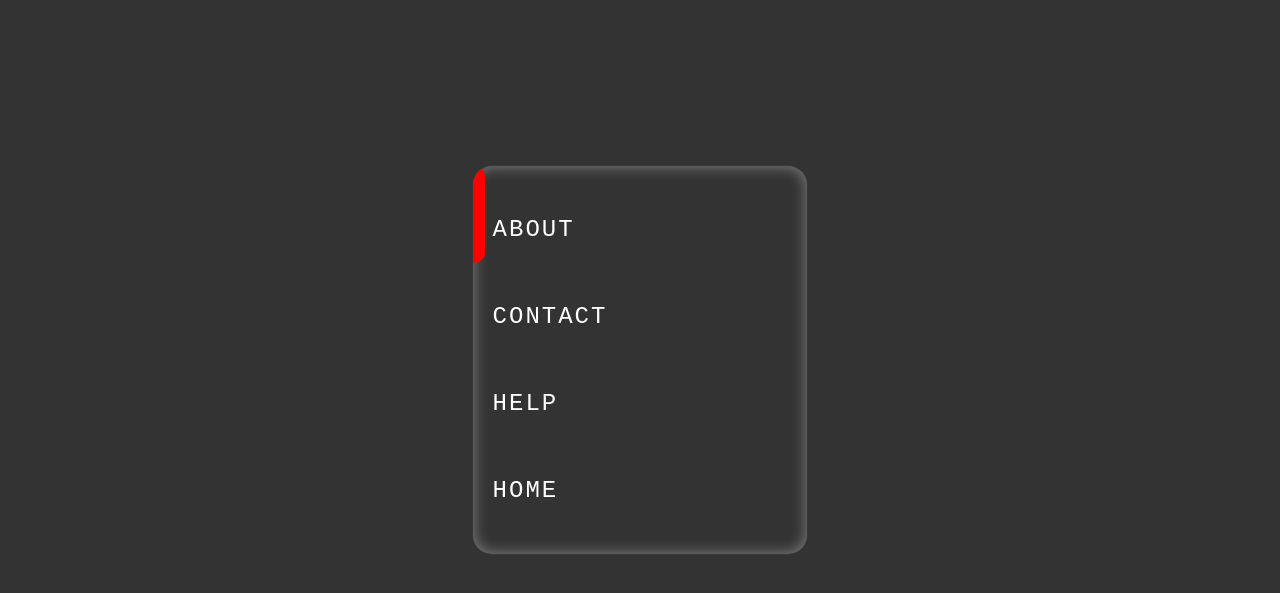
Repository: Rostyk-qq/Projects_Web
Page: menuRanLine/new.html
An editor plug-in stored every save of this project. The page is shown before and after the next save, followed by the edit.
The browser window is 1280 px wide. The pictures show the whole page.

Above is the page before, as saved 2023-09-30 14:31:47.

### menuRanLine/new.html
<!DOCTYPE html>
<html lang="en">
<head>
    <meta charset="UTF-8">
    <meta name="viewport" content="width=device-width, initial-scale=1.0">
    <link rel="stylesheet" href="./new.css">
    <title>Document</title>
</head>
<body>
    <div class="wrapper">
        <ul class="menu">
            <li data-color-effect="red" class="menu__item">
                <a href="#" class="menu__link">About</a>
            </li>
            <li data-color-effect="blue" class="menu__item">
                <a href="#" class="menu__link">Contact</a>
            </li>
            <li data-color-effect="purple" class="menu__item">
                <a href="#" class="menu__link">Help</a>
            </li>
            <li data-color-effect="pink" class="menu__item">
                <a href="#" class="menu__link">Home</a>
            </li>

            <div class="menu__line-container">
                <span></span>
            </div>
        </ul>
    </div>

    <script src="./new.js"></script>
</body>
</html>

### menuRanLine/new.css
*{
    margin: 0;
    padding: 0;
    box-sizing: border-box;
}
body{
    width: 100vw;
    height: 100vh;
    overflow: hidden;
    user-select: none;
    font-family: 'Courier New', Courier, monospace;
}
.wrapper{
    width: 100%;
    height: 100%;
    display: grid;
    place-items: center;
    background-color: #333;
}
.menu{
    position: relative;
    padding: 20px 0;
    border-radius: 20px;
    display: flex;
    flex-direction: column;
    overflow: hidden;
    flex-wrap: wrap;
    box-shadow: 0px 0px 10px #1115;
}
.menu__item{
    list-style: none;
    display: block;
    padding: 30px 200px 30px 20px;
}
.menu__link{
    display: block;
    text-decoration: none;
    text-transform: uppercase;
    letter-spacing: 2px;
    font-size: 24px;
    color: #fff;
}

.menu__line-container{
    position: absolute;
    width: 12px;
    height: 100%;
    top: 0;
    left: 0;
}
.menu__line-container span{
    position: absolute;
    width: 100%;
    height: 25%;
    top: 0;
    left: 0;
    border-radius: 0px 10px 10px 0px;
    background-color: red;
    transform: translateX(-100%);
}




.menu{
   box-shadow: inset 0px 0px 15px 0px transparent;
   border: 1px solid transparent;
}
.loaded .menu{
    box-shadow: inset 0px 0px 15px 0px #fff6;
    border: 1px solid rgba(255, 255, 255, 0.025);
    transition: all 1s ease;
}
.menu__link{
    transform: translateX(-120%);
}
.loaded .menu__link{
    transform: translateX(0%);
    transition: transform 1s ease;
}
.loaded .menu__item:nth-child(1) .menu__link{
    transition-delay: .3s;
}
.loaded .menu__item:nth-child(2) .menu__link{
    transition-delay: .6s;
}
.loaded .menu__item:nth-child(3) .menu__link{
    transition-delay: .8s;
}
.loaded .menu__item:nth-child(4) .menu__link{
    transition-delay: 1s;
}
.loaded .menu__line-container span{
    transform: translateX(0%);
    transition: transform 1s ease;
    transition-delay: 1s;
}

### menuRanLine/new.js
window.addEventListener('load', loadWindow);

function loadWindow(e){
    document.documentElement.classList.add('loaded')
}

After the next save:
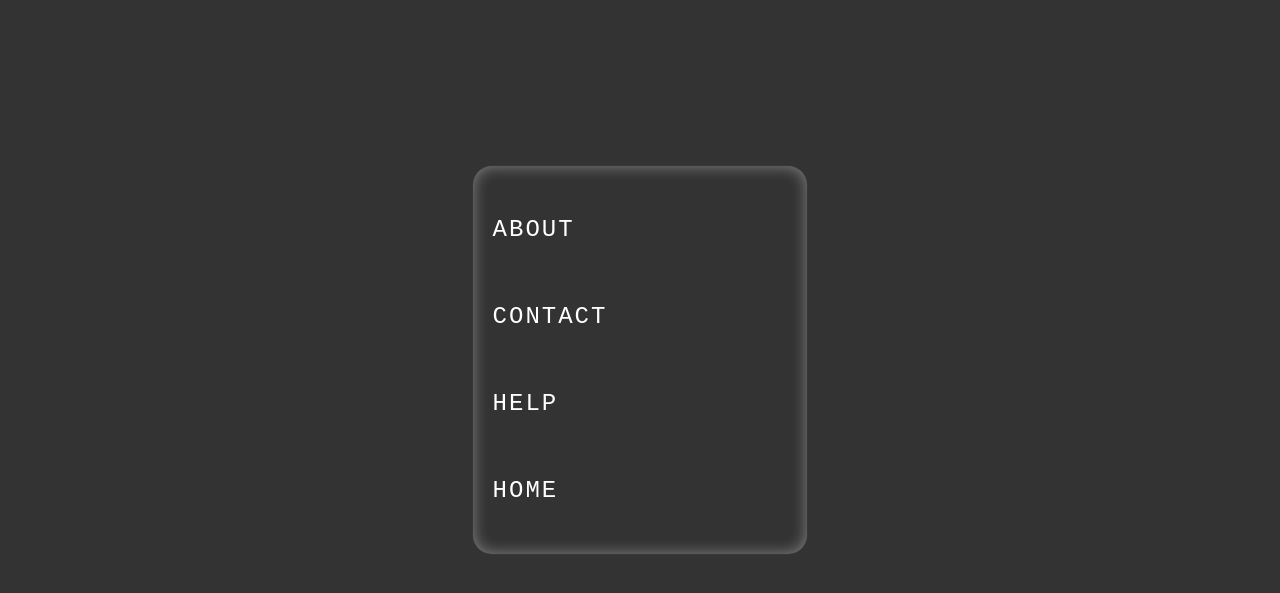
Saved 32 s later.
--- a/menuRanLine/new.css
+++ b/menuRanLine/new.css
@@ -51,7 +51,6 @@ body{
 .menu__line-container span{
     position: absolute;
     width: 100%;
-    height: 25%;
     top: 0;
     left: 0;
     border-radius: 0px 10px 10px 0px;
